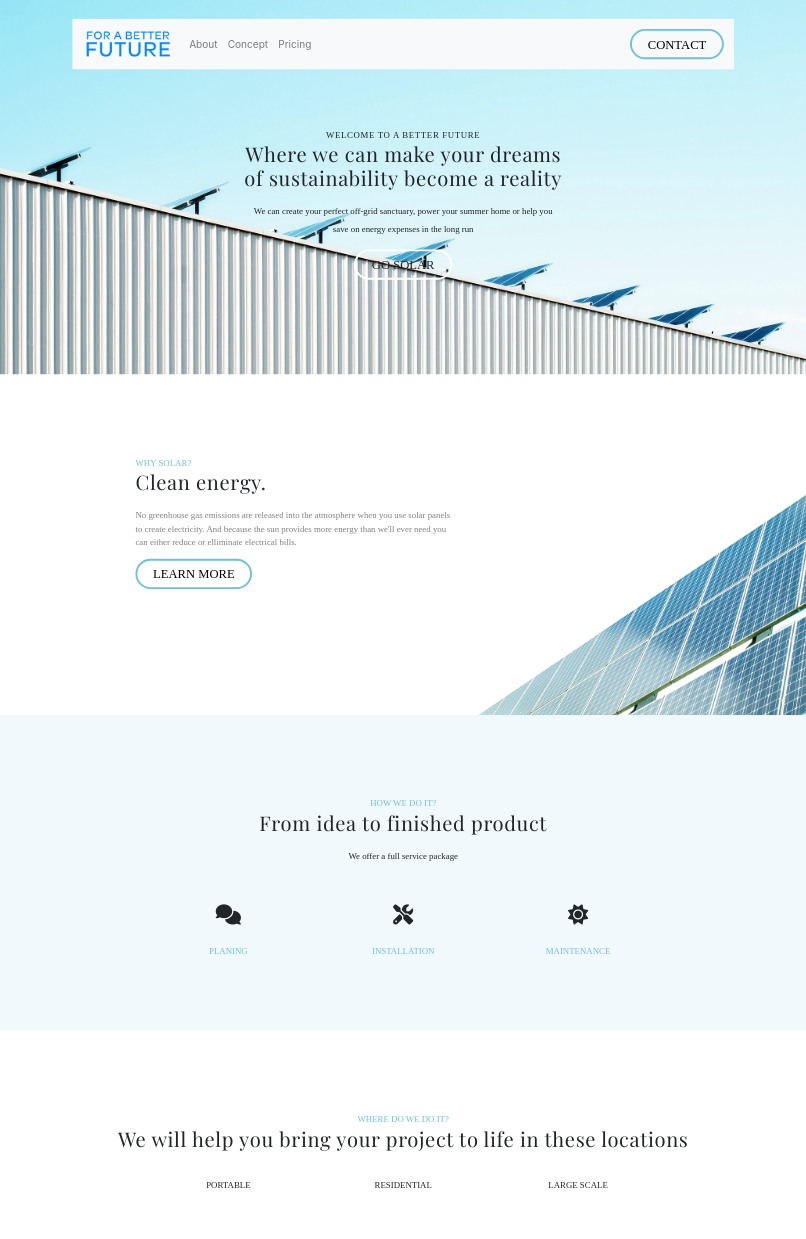
Repository: sabinemm/fabf
Page: index.html
The author's editor kept a record of every edit. The page is drawn from the files as they stood at one moment, then again after the next edit.
The browser window is 1280 px wide. The pictures show the whole page, at 63% of full size.
Backgrounds fixed to the window are drawn as part of the page. Some web fonts or font styles are not loaded; a fallback is used. Some web libraries are served in a nearby version.

Above is the page before.

### index.html
<!DOCTYPE html>
<html lang="en">

<head>
    <meta charset="UTF-8">
    <meta name="viewport" content="width=device-width, initial-scale=1.0">
    <meta http-equiv="X-UA-Compatible" content="ie=edge">
    <link rel="stylesheet" href="style.css" type="text/css" />
    <link rel="stylesheet" href="https://stackpath.bootstrapcdn.com/bootstrap/4.3.1/css/bootstrap.min.css" integrity="sha384-ggOyR0iXCbMQv3Xipma34MD+dH/1fQ784/j6cY/iJTQUOhcWr7x9JvoRxT2MZw1T" crossorigin="anonymous">
    <link rel="stylesheet" media="screen" href="https://fontlibrary.org/face/roundo" type="text/css" />
    <link rel="stylesheet" media="screen" href="https://fontlibrary.org/face/source-sans-pro" type="text/css" />
    <link href="https://fonts.googleapis.com/css?family=Playfair+Display&display=swap" rel="stylesheet">
    <script src="https://kit.fontawesome.com/7e530e9396.js"></script>
    <title>FOR A BETTER FUTURE</title>
</head>

<body>

    <!–-----– NAVBAR ------->

    <div class="container">
        <nav class="navbar navbar-fixed-top navbar-expand-lg navbar-light bg-light">
            <a class="navbar-brand" href="#">
          <img src="img/logo.svg" height="50px"alt="logo">
        </a>
            <button class="navbar-toggler" type="button" data-toggle="collapse" data-target="#navbarText" aria-controls="navbarText" aria-expanded="false" aria-label="Toggle navigation">
    <span class="navbar-toggler-icon"></span>
  </button>
            <div class="collapse navbar-collapse justify-content-center" id="navbarText">
                <ul class="navbar-nav mr-auto">
                    <li class="nav-item">
                        <a class="nav-link" href="#">About</a>
                    </li>
                    <li class="nav-item">
                        <a class="nav-link" href="#">Concept</a>
                    </li>
                    <li class="nav-item">
                        <a class="nav-link" href="#">Pricing</a>
                    </li>
                </ul>
                <span class="navbar-text">
          <button type="button" class="btn btn-blue-border">CONTACT</button>
    </span>
            </div>
        </nav>
    </div>

    <!–-----– FIRST SECTION ------->

    <section id="parallax">
        <div class="container">
            <div class="ltitle text-center">
                <p class="uppercase stitle">WELCOME TO A BETTER FUTURE</p>
                <h2> Where we can make your dreams <br> of sustainability become a reality </h2>
                <p class="tparagraph"> We can create your perfect off-grid sanctuary, power your summer home or help you <br> save on energy expenses in the long run</p>
                <button type="button" class="btn  btn-transp-white-border">GO SOLAR</button>
            </div>
        </div>
    </section>

    <!–-----– SECOND SECTION ------->

    <section id="clean">
        <div class="container container-fluid section-2">
            <div class="row">
                <div class="col col-md-6">
                    <p class="uppercase stitle stitle-blue">WHY SOLAR?</p>
                    <h2 class="ltitle ltitle2"> Clean energy.</h2>
                    <p class="tparagraph tparagraph2"> No greenhouse gas emissions are released into the atmosphere when you use solar panels to create electricity. And because the sun provides more energy than we'll ever need you can either reduce or elliminate electrical bills. </p>
                    <button type="button" class="btn btn-blue-border">LEARN MORE</button>

                </div>
            </div>

            <div class="container">
                <div class="col col-md-6 offset-md-6">
                    <img src="img/sidepanel.png" class="sidepanel"></img>
                </div>
            </div>
        </div>

    </section>

    <!–-----– THIRD SECTION ------->

    <section id="idea">
        <div class="idea-title text-center">
            <p class="uppercase stitle stitle-blue">HOW WE DO IT?</p>
            <h2 class="ltitle ltitle2"> From idea to finished product</h2>
            <p class="tparagraph">We offer a full service package</p>

        </div>
        <div class="container container-fluid ">
            <div class="row m-auto text-center justify-content-center">
                <div class=" col-sm-3 col-md-3">
                   <div class="icons"><i class="fas fa-comments fa-2x"></i></div>
                     <p class="uppercase stitle stitle-blue stitlen">PLANING</p>
                </div>
                <div class="col-sm-3 col-md-3">
                    <div class="icon"><i class="fas fa-tools fa-2x"></i></div>
                     <p class="uppercase stitle stitle-blue stitlen">INSTALLATION</p>
                </div>
                <div class="col-sm-3 col-md-3">
                    <div class="icon"><i class="fas fa-sun fa-2x"></i></div>
                     <p class="uppercase stitle stitle-blue stitlen">MAINTENANCE</p>
                </div>
            </div>

        </div>

    </section>

 <!–-----– FOURTH SECTION ------->

     <section id="where">
        <div class=" text-center">
            <p class="uppercase stitle stitle-blue">WHERE DO WE DO IT?</p>
            <h2 class="ltitle ltitle2">We will help you bring your project to life
in these locations</h2>


        </div>
        <div class="container container-fluid ">
            <div class="row m-auto text-center justify-content-center">
                <div class=" col-sm-3 col-md-3">

                     <p class="uppercase stitle stitlen">PORTABLE</p>
                </div>
                <div class="col-sm-3 col-md-3">

                     <p class="uppercase stitle stitlen">RESIDENTIAL</p>
                </div>
                <div class="col-sm-3 col-md-3">

                     <p class="uppercase stitle stitlen">LARGE SCALE</p>
                </div>
            </div>

        </div>

    </section>

</body>

</html>

### style.css

/*-------------------navbar------------------*/

.navbar {
    margin-top: 30px;
    margin-left: 30px;
    margin-right: 30px;

}

@media (max-width:536px) {
    .navbar {
        margin-top: 15px;
        margin-left: 10px;
        margin-right: 10px;
    }
}

/*-------------------Buttons------------------*/

.btn-transp-white-border,
.btn-transp-white-border:hover,
.btn-transp-white-border:active,
.btn-transp-white-border:visited,
.btn-transp-white-border:active:focus,
.btn-transp-white-border:focus {
    background-color: rgba(0, 0, 0, 0);
    border: solid 3px white !important;
    border-radius: 30px !important;
    color: white;
    text-align: center;
    text-decoration: none;
    display: inline-block;
    font-size: 20px !important;
    font-family: 'SourceSansProRegular';
    padding-left: 25px !important;
    padding-right: 25px !important;
}


.btn-transp-white-border:hover {
    background-color: rgba(255, 255, 255, 0.5);
    padding-left: 25px;
    padding-right: 25px;
}


.btn-blue-border,
.btn-blue-border:hover,
.btn-blue-border:active,
.btn-blue-border:visited,
.btn-blue-border:active:focus,
.btn-blue-border:focus {
    background-color: rgba(0, 0, 0, 0) !important;
    border: solid 3px rgb(112, 192, 214) !important;
    border-radius: 30px !important;
    color: black !important;
    text-align: center;
    text-decoration: none;
    display: inline-block;
    font-size: 20px !important;
    font-family: 'SourceSansProRegular';
    padding-left: 25px !important;
    padding-right: 25px!important;
}

.btn-blue-border:hover {
    background-color: rgba(112, 192, 214, 0.5) !important;
    padding-left: 25px;
    padding-right: 25px;
}


/*-------------------SECTION 1 PAGE 1------------------*/

#parallax {
    background: url(img/1page1section.jpg);
    background-attachment: fixed;
    background-position: bottom;
    background-repeat: no-repeat;
    background-size: cover;
    margin-top: -110px;
}

@media (max-width:536px) {
    #parallax {
        margin-top: -110px;
    }
}

.stitle {
    font-size: 14px;
    font-family: 'RoundoRegular';
    font-weight: 500;
    font-style: normal;
    margin-bottom: -5px;
}

.ltitle {
    padding-top: 200px;
    font-family: 'Playfair Display';
    letter-spacing: 1px;
    line-height: 30px;
    padding-bottom: 150px;
}

@media (max-width:768px) {
    .ltitle {
        padding-top: 150px;
        padding-bottom: 100px;
    }
}

.tparagraph {
    padding-top: 10px;
    font-family: 'SourceSansProRegular';
    font-weight: normal;
    font-style: normal;
    font-size: 14px;
    letter-spacing: 0;
}

@media (max-width:768px) {
    br {
        display: none !important;
        visibility: hidden;
    }
}

/*-------------------SECTION 2 PAGE 1------------------*/
#clean {
    padding-left: 0;
}
@media (min-width:768px) {
#clean {
    padding-left: 200px;
}
}


.stitle-blue {
    color:rgb(112, 192, 214);
    padding-top: 70px;

}

@media (min-width:768px) {
    .stitle-blue {
        padding-top: 130px;
    }
}

.ltitle2 {
padding-top: 10px;
padding-bottom: 10px;
}

.tparagraph2 {
    color: gray;

}

.section-2 {
  padding-bottom: 100px;
}

.sidepanel {
position:relative;
float: right;
height:400px;
margin-top: -150px;
margin-right: -45px;
z-index: -1;
}

/*-------------------SECTION 3 PAGE 1------------------*/

#idea {
    background-color: rgb(242, 249,252);
     padding-bottom: 70px;
}

.idea-title {;
    padding-bottom: 50px;
    margin-top: 100px;
}


.stitlen {
    padding-top: 30px;
    padding-bottom: 50px;
}


/*-------------------SECTION 4 PAGE 1------------------*/

.whereimg {
    height: 150px;
}

.wheretitle {
    padding-top: 20px;
    padding-bottom: 30px;
}


#where {
    padding-bottom: 30px;
}



/*-------------------FOOTER------------------*/

After the next edit:
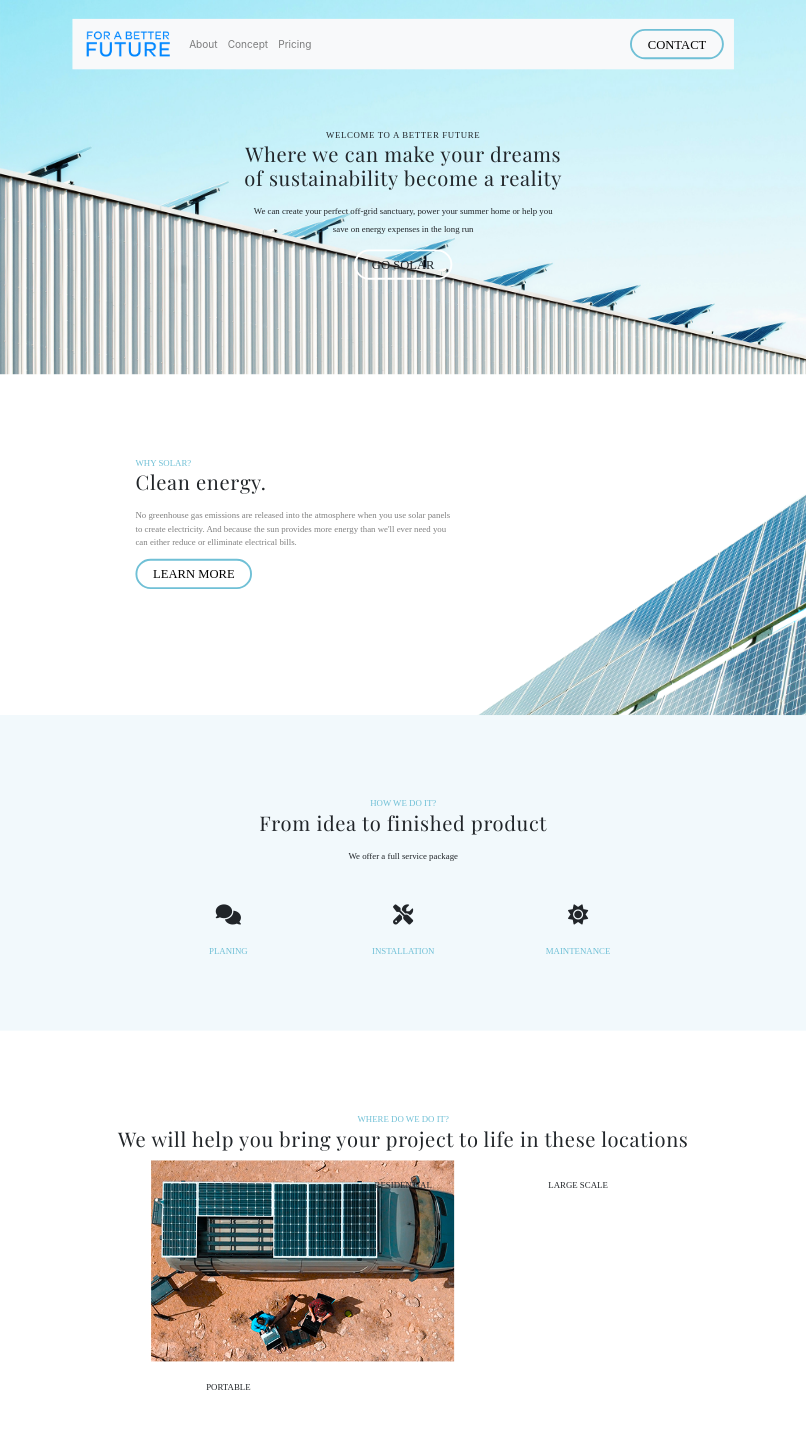
The edit:
--- a/index.html
+++ b/index.html
@@ -123,7 +123,7 @@
         <div class="container container-fluid ">
             <div class="row m-auto text-center justify-content-center">
                 <div class=" col-sm-3 col-md-3">
-
+                   <img src="img/portable.png"></img>
                      <p class="uppercase stitle stitlen">PORTABLE</p>
                 </div>
                 <div class="col-sm-3 col-md-3">
